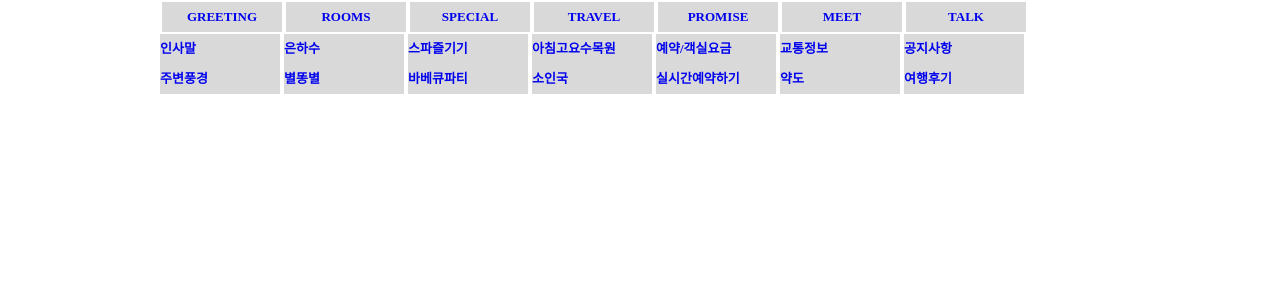
Repository: hojohe/bit-java
Page: 07_css/WebContent/15_menu/menu1.html
An editor plug-in stored every save of this project. The page is shown before and after a run of saves, followed by the edit.
The browser window is 1280 px wide. The pictures show the whole page.
The pointer rests on the first visible `.mainLnb > li`.

Above is the page before, as saved 2017-01-25 03:32:21.

### 07_css/WebContent/15_menu/menu1.html
<!DOCTYPE html>
<html>
<head>
<meta charset="utf-8">
<title>메뉴만들기 - 1</title>
<link rel="stylesheet" style="text/css" href="menu1.css" />
</head>
<body>
<div class="container">
    <ul class="mainLnb">
        <li><a href="#">GREETING</a>
            <ul>
                <li><a href="#">인사말</a></li>
                <li><a href="#">주변풍경</a></li>
            </ul>
        </li>
        <li><a href="#">ROOMS</a>
            <ul>
                <li><a href="#">은하수</a></li>
                <li><a href="#">별똥별</a></li>
            </ul>
        </li>
        <li><a href="#">SPECIAL</a>
            <ul>
                <li><a href="#">스파즐기기</a></li>
                <li><a href="#">바베큐파티</a></li>
            </ul>
        </li>
        <li><a href="#">TRAVEL</a>
            <ul>
                <li><a href="#">아침고요수목원</a></li>
                <li><a href="#">소인국</a></li>
            </ul>
        </li>
        <li><a href="#">PROMISE</a>
            <ul>
                <li><a href="#">예약/객실요금</a></li>
                <li><a href="#">실시간예약하기</a></li>
            </ul>
        </li>
        <li><a href="#">MEET</a>
            <ul>
                <li><a href="#">교통정보</a></li>
                <li><a href="#">약도</a></li>
            </ul>
        </li>
        <li><a href="#">TALK</a>
            <ul>
                <li><a href="#">공지사항</a></li>
                <li><a href="#">여행후기</a></li>
            </ul>
        </li>
    </ul>
</div>
</body>
</html>

### 07_css/WebContent/15_menu/menu1.css
@CHARSET "EUC-KR";

* { margin: 0px; padding: 0px; }

.container {
	width: 90%;
	margin: 0 auto;
	background: rgba(255,0,0,0.3);
}

a {	text-decoration: none; transition: .7s; }

li { list-style: none; }

ul.mainLnb { width:960px;  margin: 0 auto; }
ul.mainLnb > li { float: left; }
ul.mainLnb a {
	background: #d9d9d9;
	width: 120px;
	height: 30px;
	display: block;
	font-size: 13px;
	font-weight: bold;
	line-height: 30px;
}

.mainLnb > li > a { text-align: center; margin: 2px;}

.mainLnb > li:hover > a {
	background:

}

After the next 2 saves:
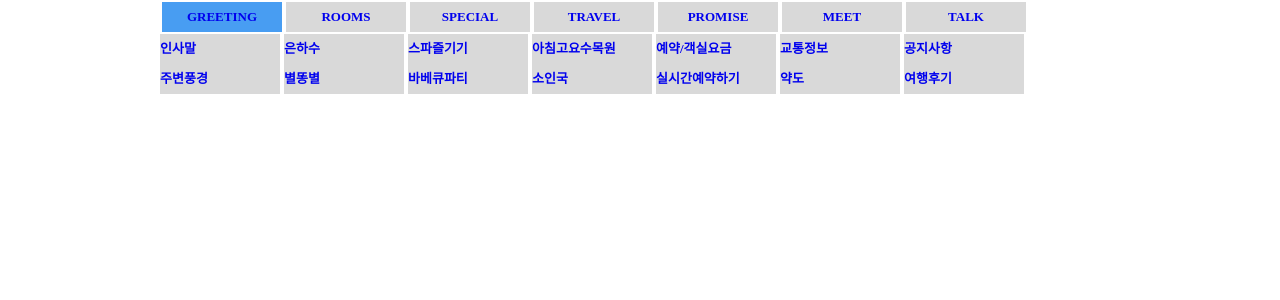
The 2 saves are shown as one change because they came seconds apart.
The last was saved 7 s later.
--- a/07_css/WebContent/15_menu/menu1.css
+++ b/07_css/WebContent/15_menu/menu1.css
@@ -27,6 +27,6 @@ ul.mainLnb a {
 .mainLnb > li > a { text-align: center; margin: 2px;}
 
 .mainLnb > li:hover > a {
-	background:
+	background: #489df2;
 
 }
